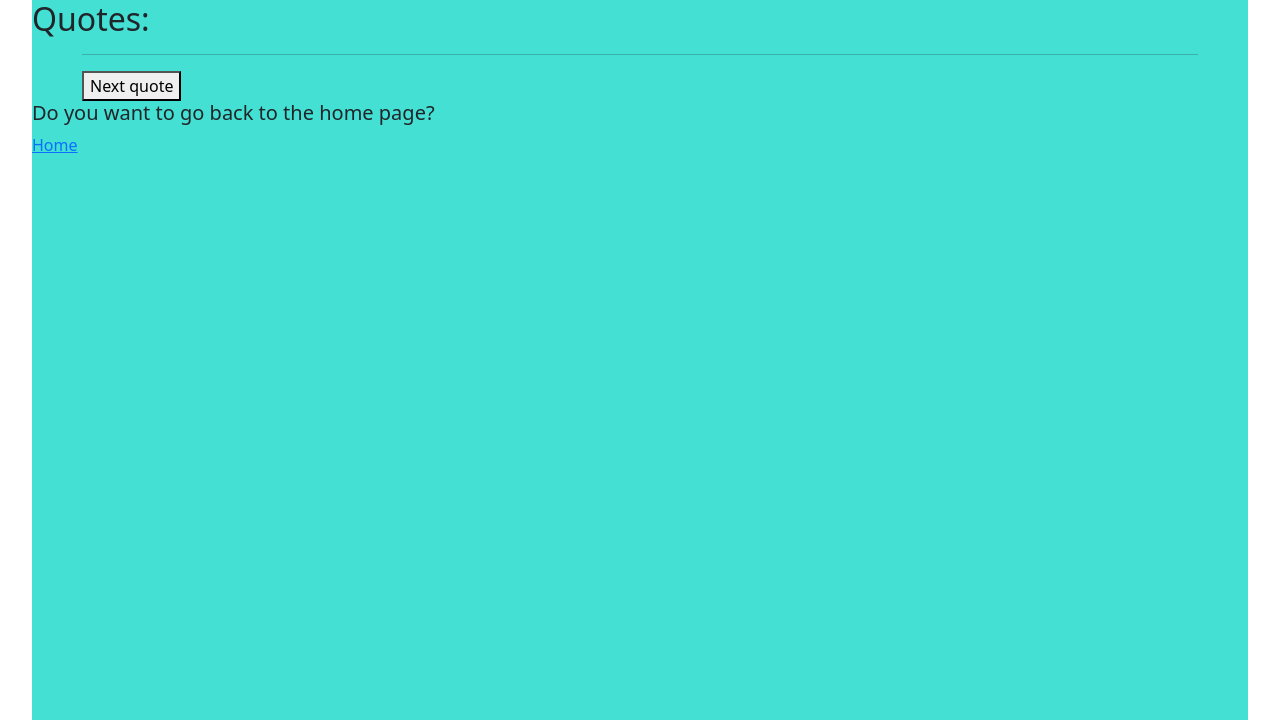
Repository: collegedude9300/zenstationnext
Page: /Quotes
The author's editor kept a copy of each file at every save. The page is drawn from the files as they stood at one save, then again after the next save.
The browser window is 1280 px wide. The pictures show the whole page.
The page's requests for data from a server got no answer. The project was rebuilt for these pictures with package versions that can differ from the ones it lists, and the page was loaded fresh each time. The framework's server and built-in components were replaced by stand-ins that run in the browser. No one was signed in, and anything a server would have sent is missing. Also part of the build but not shown: next.config.js.

Above is the page before, as saved 2022-10-18 14:37:36.

After the next save:
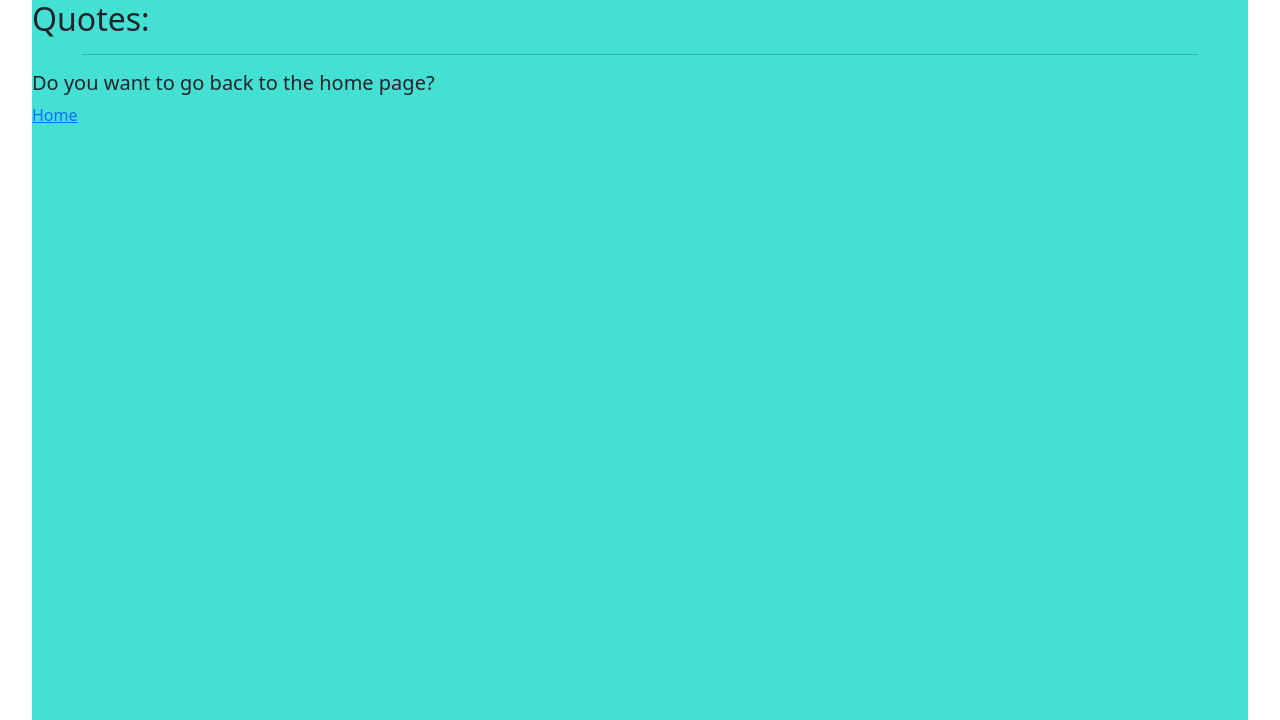
Saved 58 s later.
--- a/pages/Quotes.js
+++ b/pages/Quotes.js
@@ -35,9 +35,6 @@ return (
             </h1>
             <p className="author" id="author"></p>
             <hr/>
-            <div className="buttons">
-                <button className="next" onClick="getNewQuote()">Next quote</button>
-            </div>
         </div>
 <div/>
 <h5>Do you want to go back to the home page?</h5>
